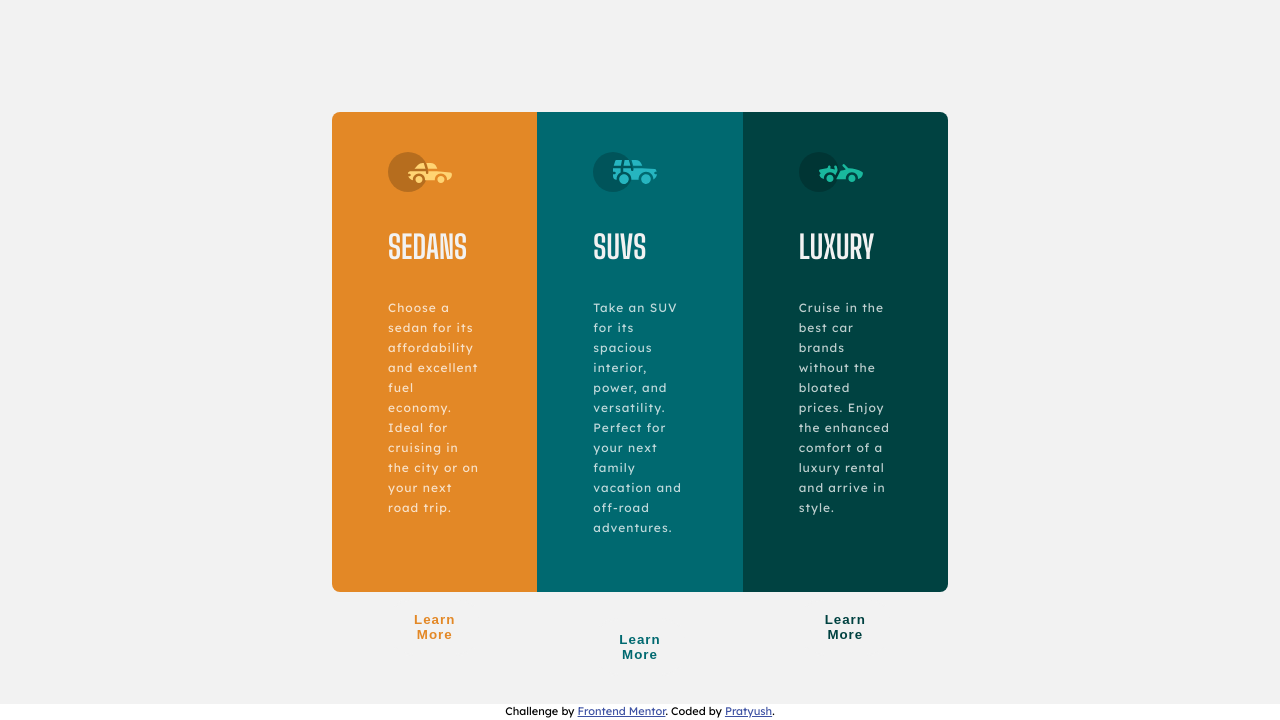
Repository: PratypartyY2K/frontendmentor-challenges
Page: 3-column-card/index.html
The author's editor kept a copy of each file at every save. The page is drawn from the files as they stood at one save, then again after the next save.
The browser window is 1280 px wide. The pictures show the whole page.

Above is the page before, as saved 2021-07-14 13:25:51.

After the next save:
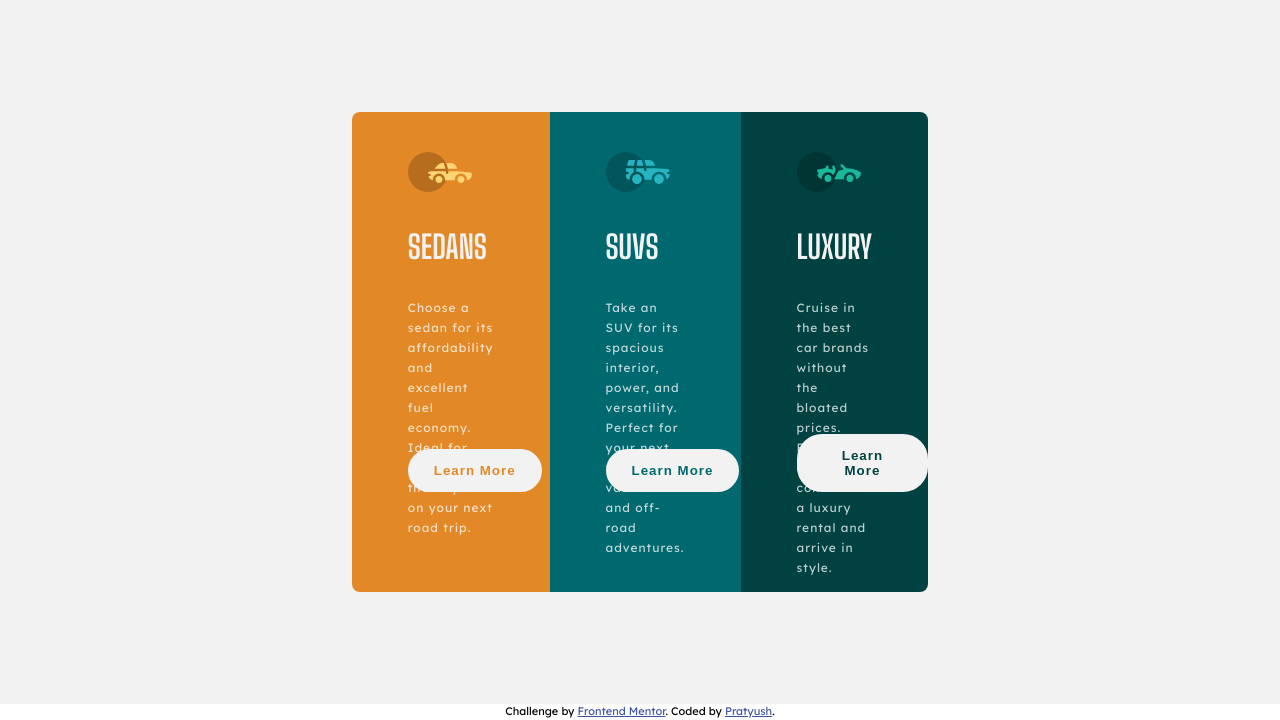
Saved 46 s later.
--- a/3-column-card/style.css
+++ b/3-column-card/style.css
@@ -23,6 +23,7 @@ body {
 }
 
 .col-1, .col-2, .col-3 {
+    position: relative;
     padding: 2.5rem 3.5rem;
     height: 400px;
 }
@@ -59,6 +60,8 @@ h3 {
 }
 
 button {
+    position: absolute;
+    bottom: 100px;
     background-color: var(--neutral-gray);
     padding: 0.75rem 1.5rem;
     border: 2.5px solid var(--neutral-gray);
